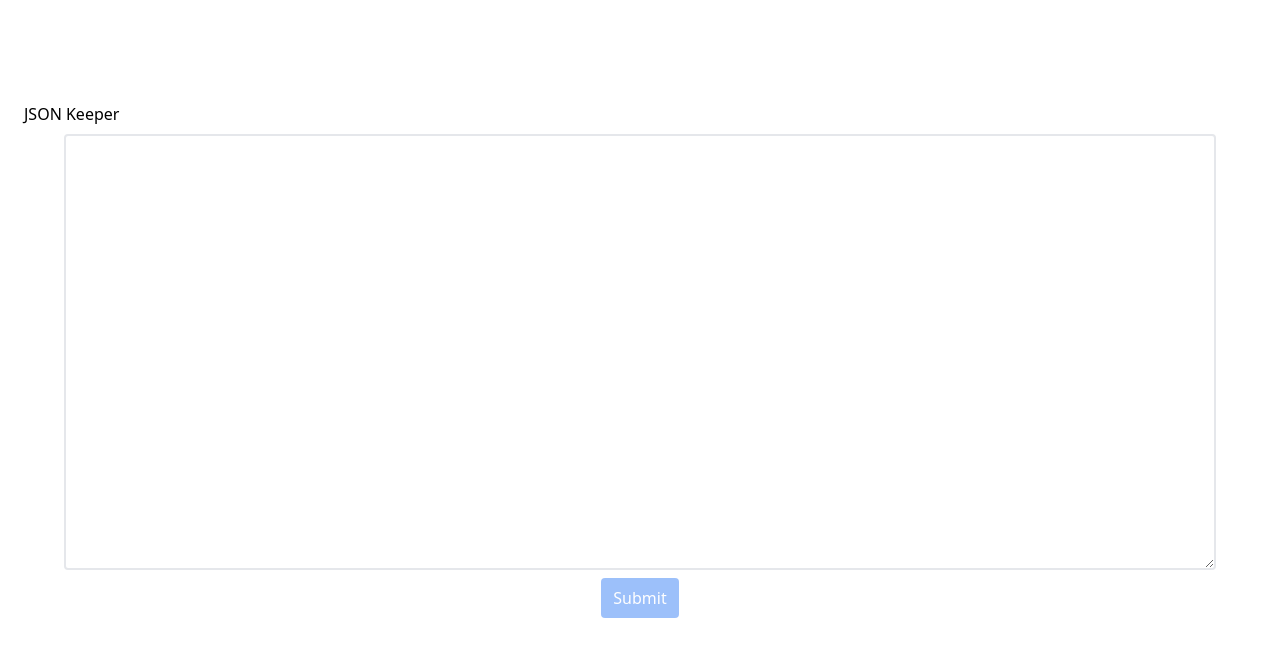
Repository: lakshithapramodya/jsonhub
Page: / (app in client/)
The author's editor kept a copy of each file at every save. The page is drawn from the files as they stood at one save, then again after the next save.
The browser window is 1280 px wide. The pictures show the whole page.
The page's requests for data from a server got no answer. The project was rebuilt for these pictures with package versions that can differ from the ones it lists, and the page was loaded fresh each time. No one was signed in, and anything a server would have sent is missing. Also part of the build but not shown: client/src/HandleJsonData.js.

Above is the page before, as saved 2023-05-10 12:05:24.

### client/src/index.js
import React from "react";
import ReactDOM from "react-dom/client";
import "./index.css";
import App from "./App";
import { BrowserRouter, Route, Routes } from "react-router-dom";
import HandleJsonData from "./HandleJsonData";

const root = ReactDOM.createRoot(document.getElementById("root"));
root.render(
  <React.StrictMode>
    <BrowserRouter>
      <Routes>
        <Route path="/" element={<App />} />
        <Route path=":url" element={<HandleJsonData />} />
      </Routes>
    </BrowserRouter>
  </React.StrictMode>
);

### client/src/App.js
import { useState } from "react";
import { SERVER_ENDPOINT } from "./config/Default";
import axios from "axios";

function App() {
  const [input, setInput] = useState([]);
  const [url, setUrl] = useState("");

  const sendRequest = async () => {
    const res = await axios
      .post(`${SERVER_ENDPOINT}/api/json`, {
        text: input,
      })
      .then()
      .catch((err) => console.log(err));
    const data = res.data;
    return data;
  };

  const handleSubmit = (e) => {
    e.preventDefault();
    sendRequest().then((res) => {
      console.log(res.url);
      res && setInput([]);
      setUrl(res.url);
    });
  };

  function isJsonString(str) {
    try {
      JSON.parse(str);
    } catch (e) {
      return false;
    }
    return true;
  }

  return (
    <div className="min-w-full min-h-screen flex flex-col">
      {url && (
        <a href={`${SERVER_ENDPOINT}/${url}`}>{`${SERVER_ENDPOINT}/${url}`}</a>
      )}

      <form
        onSubmit={handleSubmit}
        className="flex flex-col m-auto w-full items-center justify-center space-y-2"
      >
        <h1 className="mr-auto ml-6">JSON Keeper</h1>
        <textarea
          onChange={(e) => setInput(e.target.value)}
          value={input}
          rows={18}
          className="border-2 w-[90%] rounded"
        />
        <button
          className="bg-blue-500 p-2 px-3 rounded text-white disabled:opacity-50"
          disabled={!isJsonString(input)}
          type="submit"
        >
          Submit
        </button>
      </form>
    </div>
  );
}

export default App;

### client/src/config/Default.js
export const SERVER_ENDPOINT =
  process.env.REACT_APP_SERVER_ENDPOINT || "http://localhost:5000";

Loaded but not shown: client/public/index.html (common file); client/src/index.css (common file); client/tailwind.config.js (common file)

After the next save:
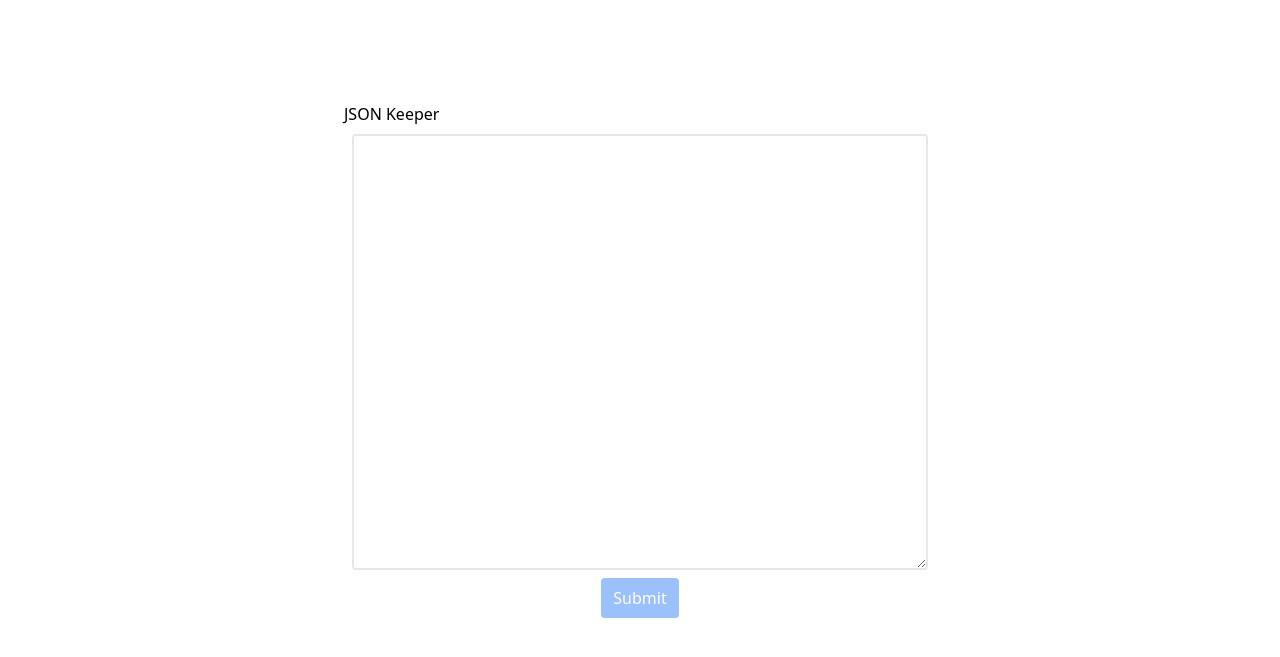
Saved 28 s later.
--- a/client/src/App.js
+++ b/client/src/App.js
@@ -43,7 +43,7 @@ function App() {
 
       <form
         onSubmit={handleSubmit}
-        className="flex flex-col m-auto w-full items-center justify-center space-y-2"
+        className="flex flex-col m-auto w-full md:w-1/2 items-center justify-center space-y-2"
       >
         <h1 className="mr-auto ml-6">JSON Keeper</h1>
         <textarea
